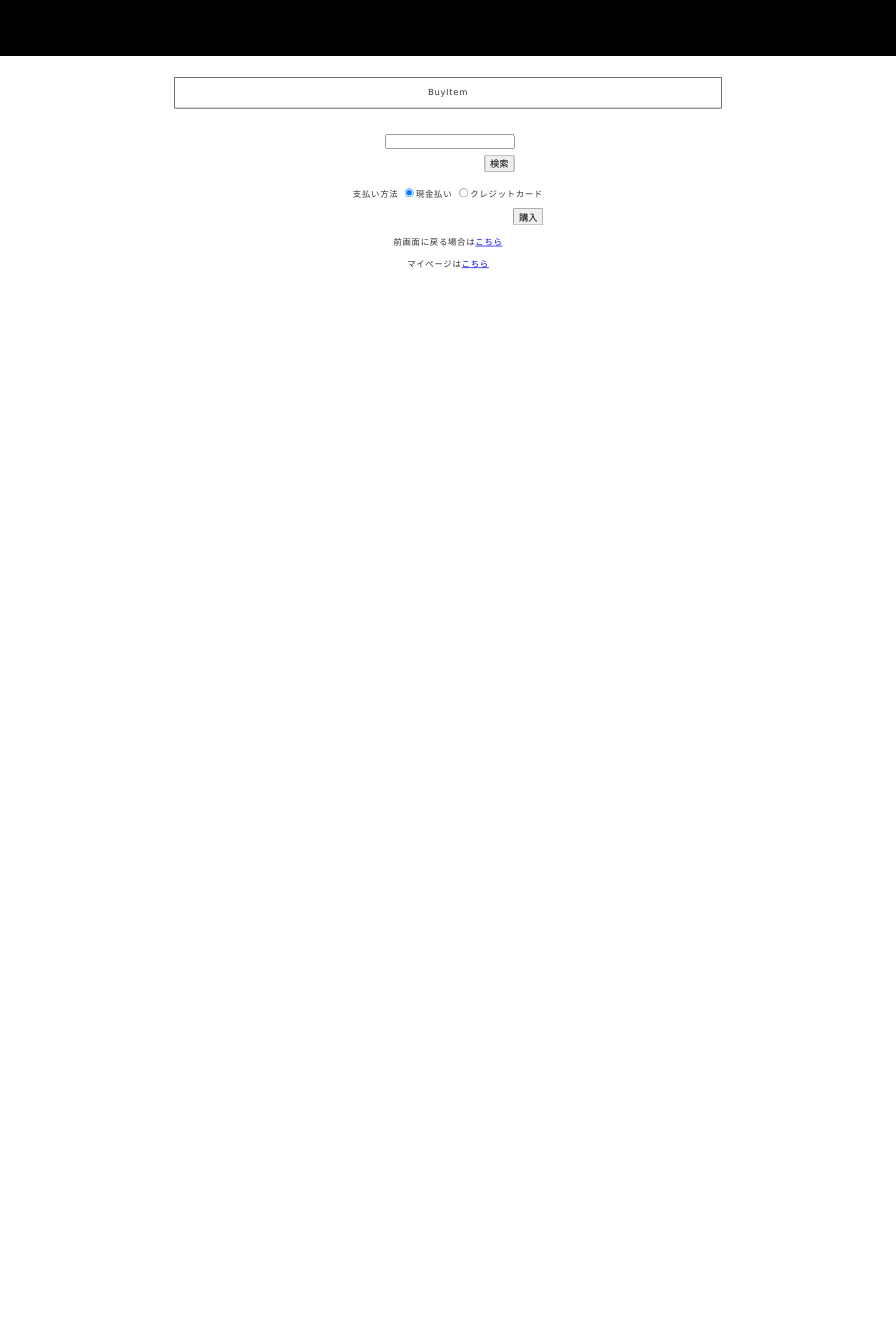
Repository: kanav0208/test
Page: http://localhost/ecsite/buyItem.jsp
The author's editor kept a copy of each file at every save. The page is drawn from the files as they stood at one save, then again after the next save.
The browser window is 1280 px wide. The pictures show the part of the page from y = 0 to 1920 px (the page is 2490 px tall before and 2727 px after), at 70% of full size.
The page is served by Tomcat 9.

Above is the page before, as saved 2018-02-27 05:41:25.

After the next save:
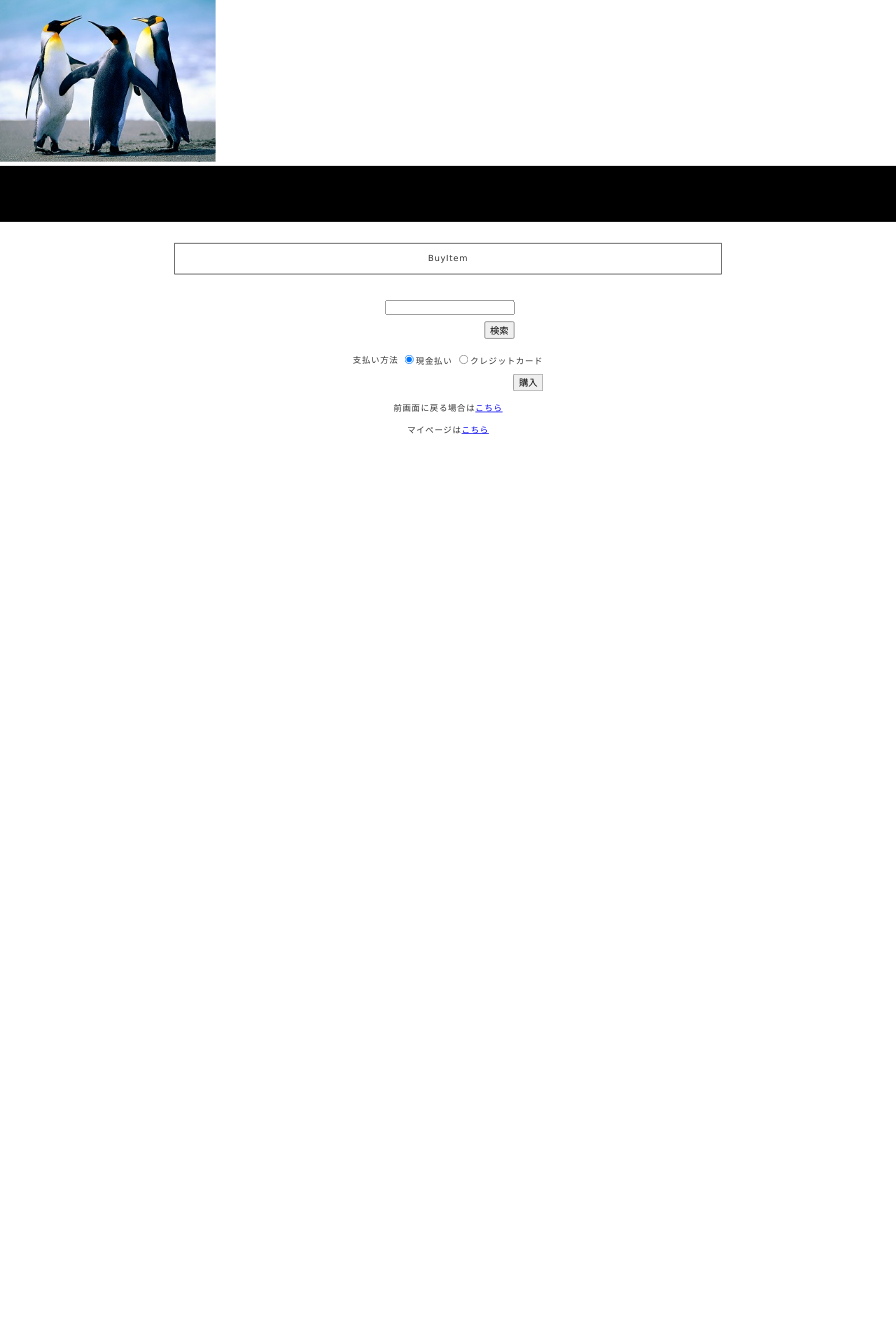
Saved 5 min 20 s later.
--- a/ecsite/WebContent/buyItem.jsp
+++ b/ecsite/WebContent/buyItem.jsp
@@ -62,18 +62,26 @@
 			clear:both;
 		}
 
-		main_img {
-    width: 200%;
-    height: 200px;
-    background: url('./image/Penguins.jpg');
-    background-size: cover;
-    background-position: top 40%;
+		.pattern1 {
+  position: relative;
+  width: 500px;
+  height: 300px;
+  overflow: hidden;
+  border: 1px solid red;
+}
+
+.pattern1 img {
+  position: absolute;
+  left: 50%;
+  margin-left: -320px;
 }
 
 	</style>
 </head>
 <body>
-	<div class="main_img"></div>
+	<div class="pattern2">
+  <img src="./image/Penguins.jpg" alt="">
+</div>
 	<div id="header">
 	 	<div id="pr">
 		</div>
